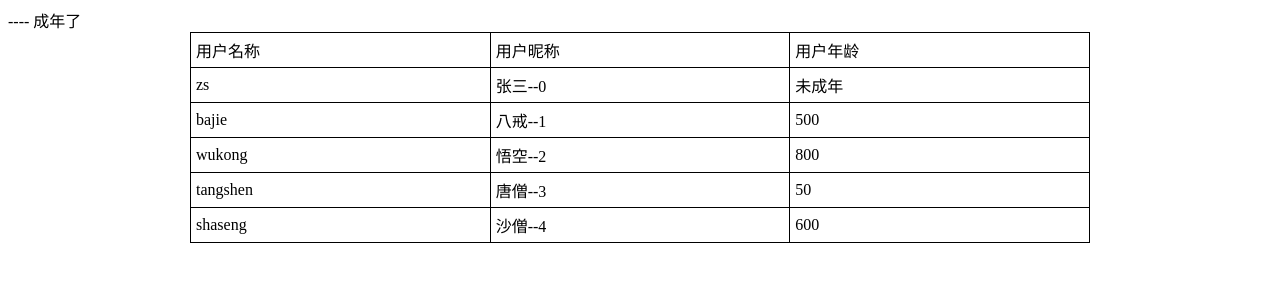
Repository: zoulincheng/javaeestudy
Page: http://localhost/jstl01/user.do
The author's editor kept a copy of each file at every save. The page is drawn from the files as they stood at one save, then again after the next save.
The browser window is 1280 px wide. The pictures show the whole page.
The page is served by Tomcat 9.

Above is the page before, as saved 2016-06-10 16:06:50.

After the next save:
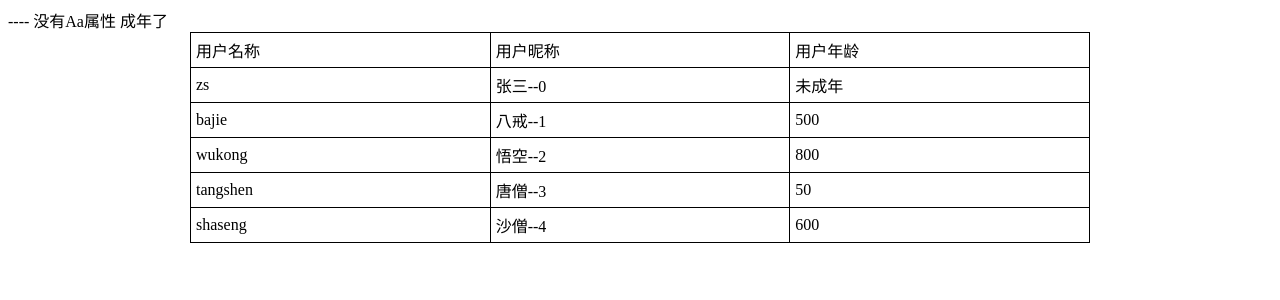
Saved 2 days later.
--- a/j2EE/javaweb/jstl01/WebContent/WEB-INF/01/user.jsp
+++ b/j2EE/javaweb/jstl01/WebContent/WEB-INF/01/user.jsp
@@ -21,6 +21,7 @@
 <body>
 ${u.nickname}--${u.age}--${u.name}
 <c:if test="${u.age gt 18 }">成年了</c:if>
+<c:if test="${empty aa }"> 没有Aa属性</c:if>
 <c:choose>
 	<c:when test="${age eq 11 }">11岁</c:when>
 	<c:when test="${age le 18 }">未成年</c:when>
